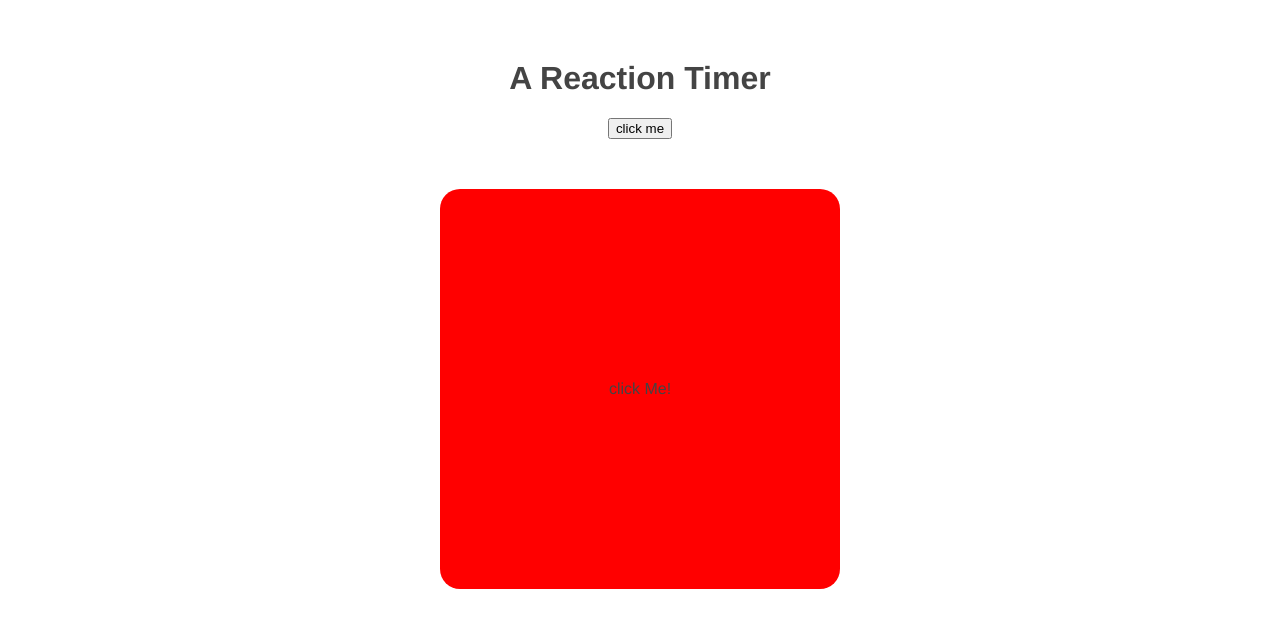
Repository: qudos4real/reaction-timer
Page: /, after clicking the first element matching `button`
These files come from the project's save history. The page is drawn as it stood at one moment and after the next save; the edit follows.
The browser window is 1280 px wide. The pictures show the whole page.
The project was rebuilt for these pictures with package versions that can differ from the ones it lists, and the page was loaded fresh each time. Also part of the build but not shown: vue.config.js.

Above is the page before, as saved 2022-12-27 22:34:36.

After the next save:
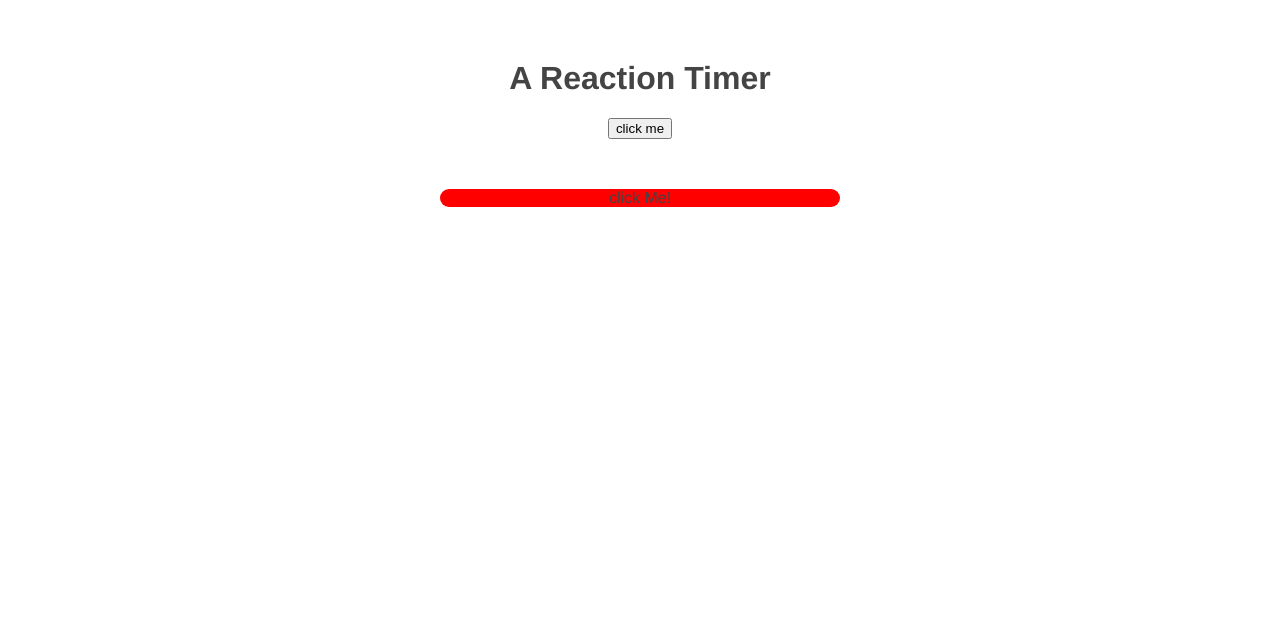
Saved 9 s later.
--- a/src/components/Block.vue
+++ b/src/components/Block.vue
@@ -16,7 +16,7 @@ export default {
     border-radius: 20px;
     text-align: center;
     margin: 50px auto;
-    line-height: 400px;
+    /* line-height: 400px; */
     background-color: red;
 }
 </style>
